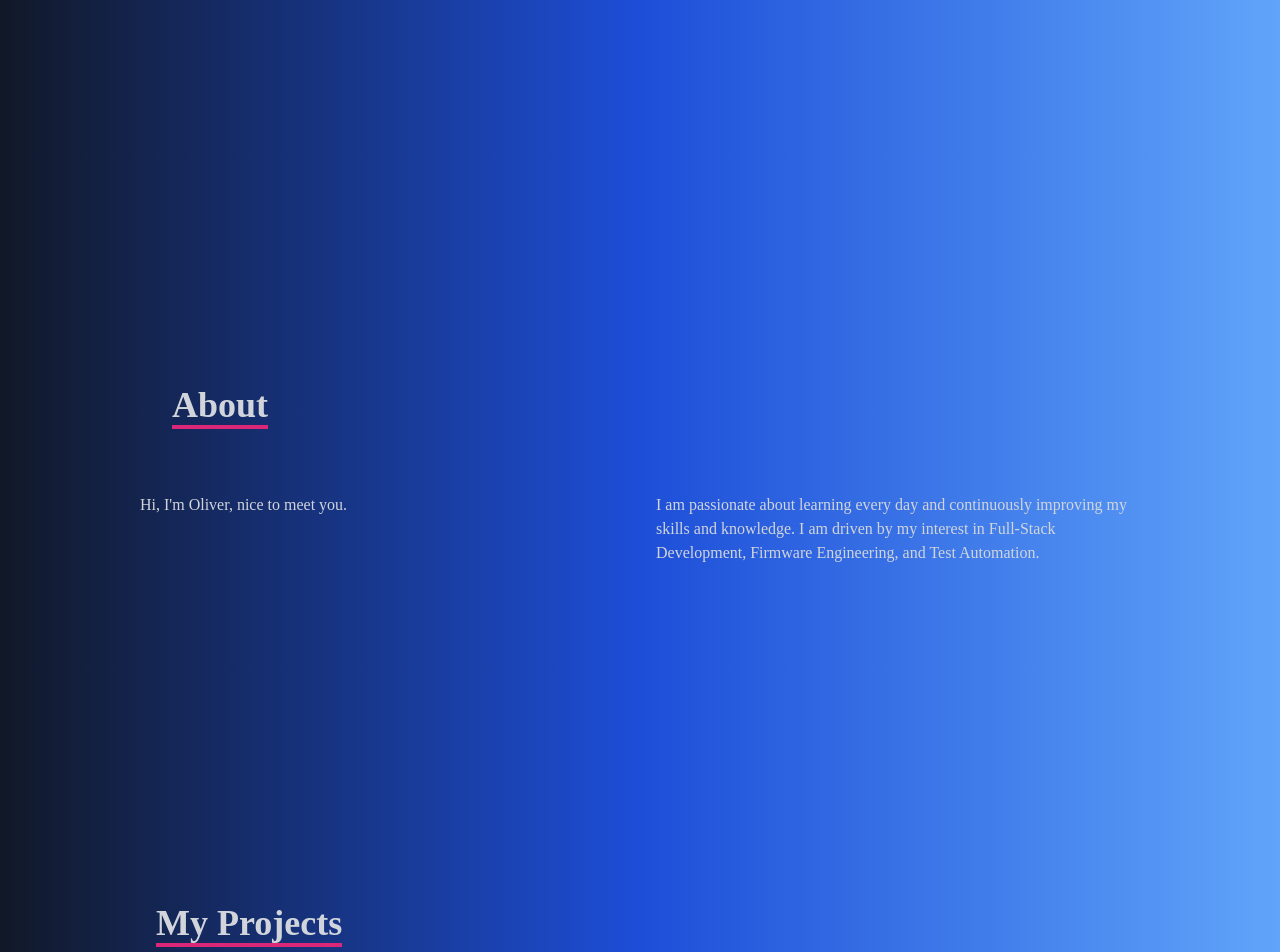
Repository: olichengus/Project-Portfolio
Page: /
The author's editor kept a copy of each file at every save. The page is drawn from the files as they stood at one save, then again after the next save.
The browser window is 1280 px wide. The pictures show the part of the page from y = 605 to 1557 px (the page is 2160 px tall).
The project was rebuilt for these pictures with package versions that can differ from the ones it lists, and the page was loaded fresh each time.

Above is the page before, as saved 2024-02-10 00:31:35.

### src/index.css
@tailwind base;
@tailwind components;
@tailwind utilities;

@import url('https://fonts.googleapis.com/css2?family=Roboto:wght@300;400;500;700&display=swap');

@layer base {
  body {
    @apply font-[Raleway];
  }
  li {
    @apply px-4;
    @apply cursor-pointer;
  }
}


.content-div{
  background-repeat: no-repeat;
  background-size: cover;
  background-position: center;
  height: 250px;
}

.content-div:hover{
  background-image: linear-gradient(
    to right,
    rgba(112,157,255,0.8),
    hsla(242,74%,61%,0.8)
  )!important;
  background-color: rgba(0, 0, 0, 0.5);
  transition: 0.5s;
}

### src/App.js
import Home from './components/Home';
import Navbar from './components/Navbar';
import About from './components/About';
import Work from './components/Work';

function App() {
  return (
    <div>
      <Navbar />
      <Home />
      <About />
      <Work />
    </div>
  );
}

export default App;

### src/components/Home.jsx
import React from 'react'
import {HiArrowNarrowRight} from 'react-icons/hi'

const Home = () => {
  return (
    <div className='w-full h-screen bg-gradient-to-r from-gray-900 via-blue-700 to-blue-400'>
      {/* Container */}
      <div className='max-w-[1000px] mx-auto px-8 flex flex-col justify-center h-full'>
        <p className='text-pink-600 text-2xl'>Hi, my name is</p>
        <h1 className='text-white text-7xl font-bold'>Oliver Cheng</h1>
        <h2 className='text-4xl sm:text-5xl font-bold text-[#8892b0]'> I am a Computer Science student @ UBC</h2>
        <h2 className='text-4xl sm:text-5xl font-bold text-[#8892b0]'> Welcome to my Portfolio!</h2>
        <div className='background-color'>
          <button className = 'text-white border-2 px-6 py-3 my-2 flex items-center hover:bg-pink-600 hover:border-pink-600'>
            My Projects
            <span className='group-hover:rotate-90 duration-300'>
              <HiArrowNarrowRight className='ml-2' />
            </span>
          </button>
        </div>
      </div>

    </div>
  )
}

export default Home

### src/components/navbar.js
import React, {useState} from 'react'
import {
    FaBars,
    FaTimes,
    FaGithub,
    FaLinkedin
  } from 'react-icons/fa';
import { HiOutlineMail } from 'react-icons/hi';
import BsFillPersonFill from 'react-icons/bs';

const Navbar = () => {
    const [nav, setNav] = useState(false)
    const handleClick = () => setNav(!nav)
  return (
    <div className='fixed w-full h-[80px] flex justify-between items-center px-4 bg-[#0a192f] text-gray-300'>
    {/* menu */}
        <div className='hidden md:flex'>
            <ul className='hidden md:flex'>
                <li>Home</li>
                <li>About</li>
                <li>Experience</li>
                <li>Projects</li>
                <li>Contact</li>


            </ul>
        </div>

        <div onClick={handleClick} className='md:hidden z-10'>
            {/* if false set it to bars else set it to x logo*/}
            {!nav ? <FaBars /> : <FaTimes />}
        </div>


        {/* Moble menu */}
        <ul className={!nav ? "hidden": 'absolute top-0 left-0 w-full h-screen bg-[#0a192f] flex flex-col justify center items-center'}>
                <li className='py-6 text-4xl'>Home</li>
                <li className='py-6 text-4xl'>About</li>
                <li className='py-6 text-4xl'>Experience</li>
                <li className='py-6 text-4xl'>Projects</li>
                <li className='py-6 text-4xl'>Contact</li>

        </ul>
        {/* Social Icons */}
        <div className='flex fixed flex-col top-[35%] left-0;'>
        </div>
    </div>


  )
}

export default Navbar

### src/components/About.jsx
import React from 'react';

const About = () => {
    return (
        <div name='about' className='w-full h-screen bg-gradient-to-r from-gray-900 via-blue-700 to-blue-400 text-gray-300'>
            <div className='flex flex-col justify-center items-center w-full h-full'>
                <div className='max-w-[1000px] w-full px-4 justify-center items-center'>
                    <div className='md:text-left sm:text-right pb-8 pl-4'>
                        <p className='text-4xl font-bold inline border-b-4 border-pink-600 hover:text-white'>About</p>
                    </div>

                </div>
                <div className='mt-9 max-w-[1000px] w-full grid grid-cols-2 gap-8'>
                    <div>
                        <p>Hi, I'm Oliver, nice to meet you.</p>
                    </div>
                    <div>
                        I am passionate about learning every day and continuously improving my skills and knowledge. I am driven by my interest in Full-Stack Development, Firmware Engineering, and Test Automation.
                    </div>
                </div>
            </div>
        </div>
    )
}

export default About;

### src/components/Work.jsx
import React from 'react';
import Background from '../assets/background.jpeg';

const Work = () => {
    return (
        <div className='w-full md:h-screen text-gray-300 bg-gradient-to-r from-gray-900 via-blue-700 to-blue-400'>
            <div className='max-w-[1000px] mx-auto p-4 flex flex-col justify-center w-full h-full'>
                <div>
                    <p className='text-4xl font-bold inline border-b-4 text-gray-300 border-pink-600'>My Projects</p>
                </div>

            {/* Container */}

                <div className='grid sm:grid-cols-2 md:grid-cols-3 gap-4 mt-7'>

            {/* Grid Item */}
                    <div style = {{backgroundImage: `url(${Background})`}}
                    className='shadow-lg shadow-[#040c16] group container rounded-md flex justify-center items-center mx-auto content-div'>

                        {/* Hover Effects */}
                        <div className='opacity-0 group-hover:opacity-100'>
                            <span className='text-2xl font-bold text-white tracking-wider'>
                                UBC Elective Finder
                            </span>
                            <div className='pt-8 text-center'>
                                {/* <a href ="/">
                                    <button className='text-center rounded-lg px-4 py-3 m-2 bg-white text-gray-700 font-bold text-lg'>Demo</button>
                                </a> */}
                                <a href = "https://github.com/olichengus/UBC-Elective-Finder">
                                    <button className='text-center rounded-lg px-5 py-3 m-2 bg-white text-gray-700 font-bold text-lg'>View</button>
                                </a>
                            </div>
                        </div>
                    </div>

                    <div style = {{backgroundImage: `url(${Background})`}}
                    className='shadow-lg shadow-[#040c16] group container rounded-md flex justify-center items-center mx-auto content-div'>

                        {/* Hover Effects */}
                        <div className='opacity-0 group-hover:opacity-100'>
                            <span className='text-2xl font-bold text-white tracking-wider'>
                                Telomeres Website
                            </span>
                            <div className='pt-8 text-center'>
                                {/* <a href ="/">
                                    <button className='text-center rounded-lg px-4 py-3 m-2 bg-white text-gray-700 font-bold text-lg'>Demo</button>
                                </a> */}
                                <a href = "https://github.com/olichengus/TelomeresWebsite">
                                    <button className='text-center rounded-lg px-5 py-3 m-2 bg-white text-gray-700 font-bold text-lg'>View</button>
                                </a>
                            </div>
                        </div>
                    </div>

                    <div style = {{backgroundImage: `url(${Background})`}}
                    className='shadow-lg shadow-[#040c16] group container rounded-md flex justify-center items-center mx-auto content-div'>

                        {/* Hover Effects */}
                        <div className='opacity-0 group-hover:opacity-100'>
                            <span className='text-2xl font-bold text-white tracking-wider'>
                                Wishlist Application
                            </span>
                            <div className='pt-8 text-center'>
                                {/* <a href ="https://github.com/olichengus/WishList">
                                    <button className='text-center rounded-lg px-4 py-3 m-2 bg-white text-gray-700 font-bold text-lg'>Demo</button>
                                </a> */}
                                <a href = "https://github.com/olichengus/WishList">
                                    <button className='text-center rounded-lg px-5 py-3 m-2 bg-white text-gray-700 font-bold text-lg'>View</button>
                                </a>
                            </div>
                        </div>
                    </div>

                    <div style = {{backgroundImage: `url(${Background})`}}
                    className='shadow-lg shadow-[#040c16] group container rounded-md flex justify-center items-center mx-auto content-div'>

                        {/* Hover Effects */}
                        <div className='opacity-0 group-hover:opacity-100'>
                            <span className='text-2xl font-bold text-white tracking-wider'>
                                PythonRoads
                            </span>
                            <div className='pt-8 text-center'>
                                {/* <a href ="/">
                                    <button className='text-center rounded-lg px-4 py-3 m-2 bg-white text-gray-700 font-bold text-lg'>Demo</button>
                                </a> */}
                                <a href = "https://github.com/olichengus/PythonRoads">
                                    <button className='text-center rounded-lg px-5 py-3 m-2 bg-white text-gray-700 font-bold text-lg'>View</button>
                                </a>
                            </div>
                        </div>
                    </div>

                </div>



            </div>
        </div>
    );
};

export default Work;

### tailwind.config.js
/** @type {import('tailwindcss').Config} */
module.exports = {
  content: ["./src/**/*.{html,jsx}"],
  theme: {
    extend: {},
  },
  plugins: [],
}

Loaded but not shown: public/index.html (common file); src/index.js (common file)

After the next save:
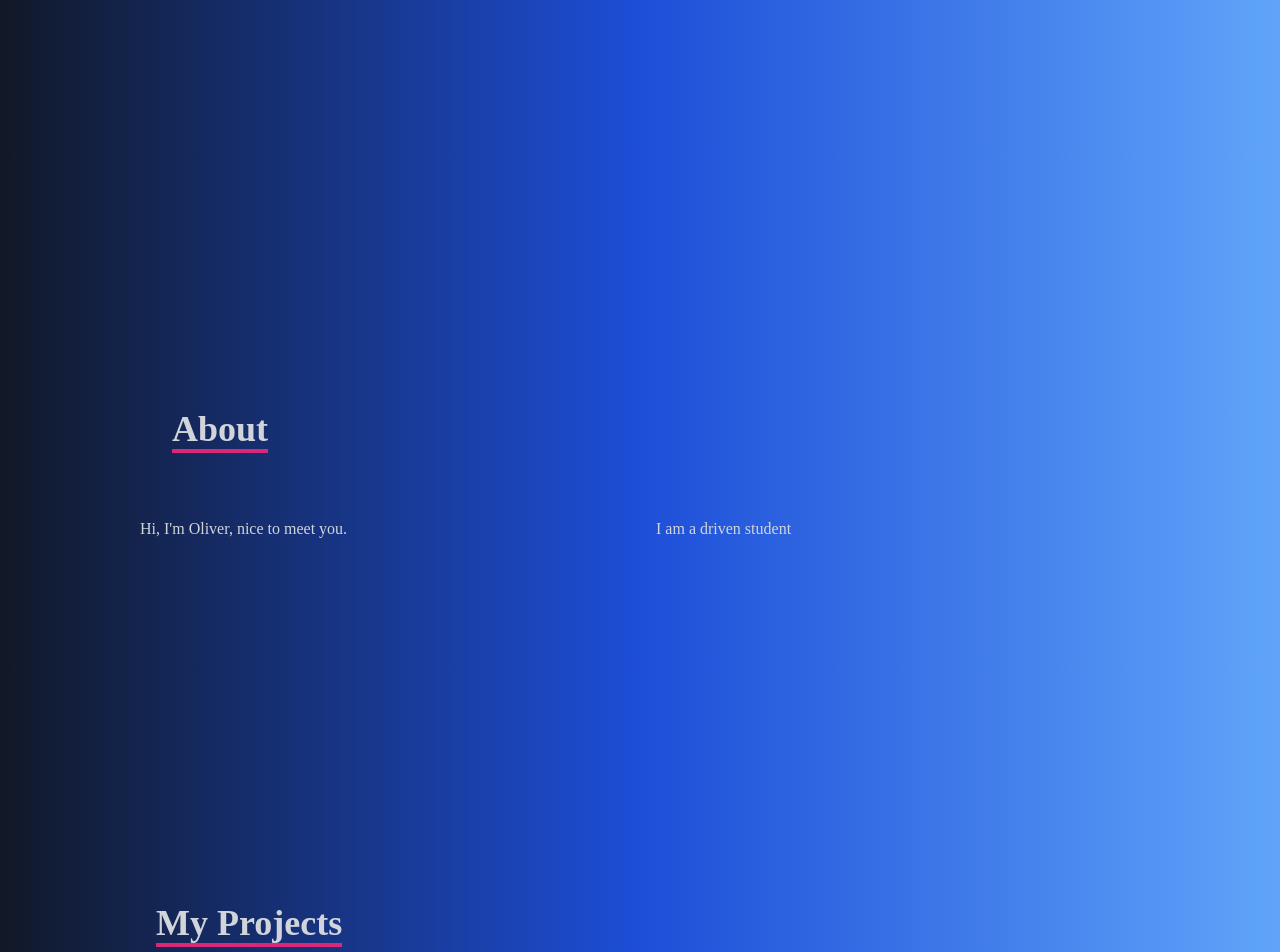
Saved 12 s later.
--- a/src/components/About.jsx
+++ b/src/components/About.jsx
@@ -15,7 +15,7 @@ const About = () => {
                         <p>Hi, I'm Oliver, nice to meet you.</p>
                     </div>
                     <div>
-                        I am passionate about learning every day and continuously improving my skills and knowledge. I am driven by my interest in Full-Stack Development, Firmware Engineering, and Test Automation.
+                        I am a driven student
                     </div>
                 </div>
             </div>
